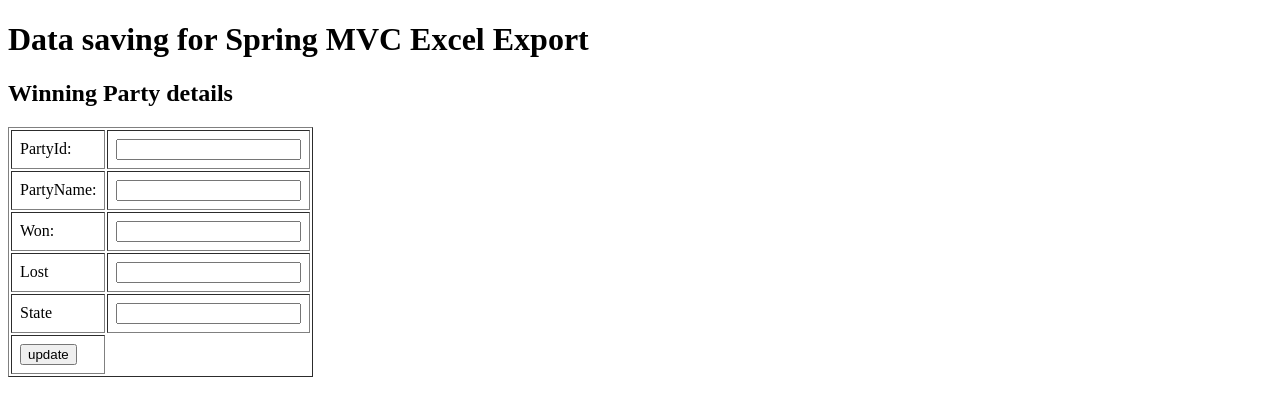
Repository: vitthaljambagi/Hackathon
Page: http://localhost/hackathonxworkz/view/Hackathon.jsp
These files come from the project's save history. The page is drawn as it stood at one moment and after the next save; the edit follows.
The browser window is 1280 px wide. The pictures show the whole page.
The page is served by Tomcat 9.

Above is the page before, as saved 2019-05-24 07:18:46.

After the next save:
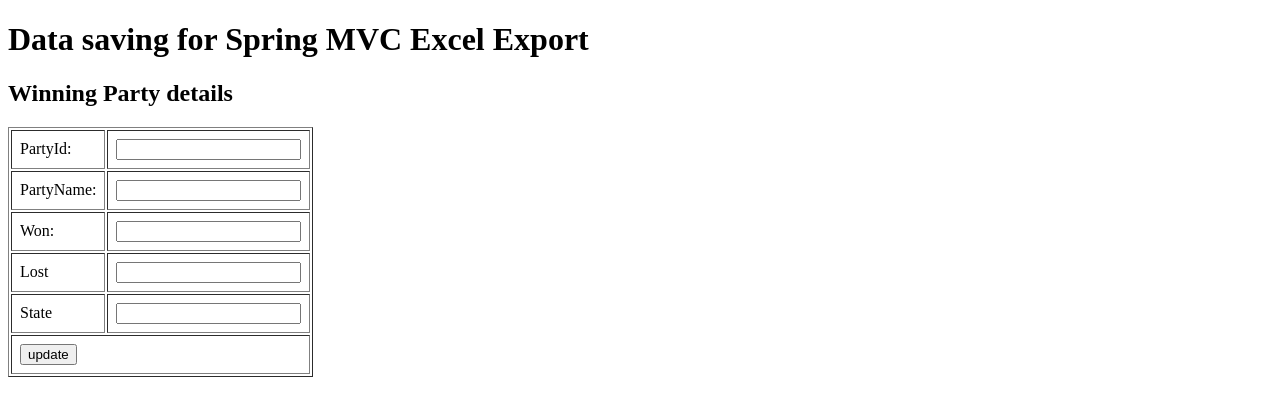
Saved 2 min 14 s later.
--- a/hackathonxworkz/WebContent/view/Hackathon.jsp
+++ b/hackathonxworkz/WebContent/view/Hackathon.jsp
@@ -33,7 +33,7 @@
 			<td><input type="text" name="state"></td>
 		</tr>
 		<tr>
-			<td><input align="center" type="submit" value="update"></td>
+			<td colspan="2"><input type="submit" value="update"></td>
 		</tr>
 	</table>
 </body>
